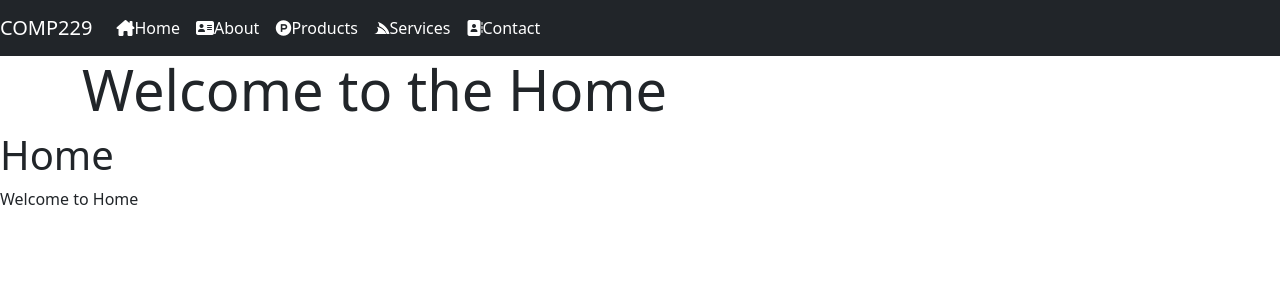
Repository: BlessingAjiboye/WEEK52023W
Page: http://localhost/
These files come from the project's save history. The page is drawn as it stood at one moment and after a run of saves; the edit follows.
The browser window is 1280 px wide. The pictures show the whole page.
The page is served by the project's Node server (server.js). Other server files are loaded and not shown.

Above is the page before, as saved 2023-01-26 11:33:08.

### views/index.ejs
<!DOCTYPE html>
<html lang="en">
<head>
  <meta charset="UTF-8">
  <meta http-equiv="X-UA-Compatible" content="IE=edge">
  <meta name="viewport" content="width=device-width, initial-scale=1.0">
  <title><%= title %></title>
  <!--css section-->
  <link rel="stylesheet" href="/bootstrap/dist/css/bootstrap.min.css"/>
  <link rel="stylesheet" href="/@fortawesome/fontawesome-free/css/all.min.css"/>

  <link rel='stylesheet' href='/Content/app.css' />
</head>
<body>
  <!--Main Nav Navigation-->
  <nav class="navbar navbar-expand-lg navbar-dark bg-dark">
  <!--<div class="container-fluid">-->
    <a class="navbar-brand" href="#">COMP229</a>
    <button class="navbar-toggler" type="button" data-toggle="collapse" data-target="#navbarSupportedContent" aria-controls="navbarSupportedContent" aria-expanded="false" aria-label="Toggle navigation">
      <span class="navbar-toggler-icon"></span>
    </button>
    <div class="collapse navbar-collapse" id="navbarSupportedContent">
      <ul class="navbar-nav ml-auto">
        <% if(title=="Home"){%>
        <li class="nav-item active">
          <%}else{%>
            <li class="nav-item">
              <%}%>
          <a class="nav-link active" aria-current="page" href="/home"><i class="fa-solid fa-house-chimney"></i>Home</a>
        </li>
        <% if(title=="Home"){%>
        <li class="nav-item active">
          <%}else{%>
            <li class="nav-item">
              <%}%>
          <a class="nav-link active" aria-current="page" href="/about"><i class="fa-solid fa-address-card"></i>About</a>
        </li>
        <% if(title=="Home"){%>
        <li class="nav-item active">
           <%}else{%>
            <li class="nav-item">
              <%}%>
          <a class="nav-link active" aria-current="page" href="/products"><i class="fa-brands fa-product-hunt"></i>Products</a>
        </li>
        <% if(title=="Home"){%>
        <li class="nav-item active">
          <%}else{%>
            <li class="nav-item">
              <%}%>
          <a class="nav-link active" aria-current="page" href="/services"><i class="fa-brands fa-servicestack"></i>Services</a>
        </li>
        <% if(title=="Home"){%>
        <li class="nav-item active">
           <%}else{%>
            <li class="nav-item">
              <%}%>
          <a class="nav-link active" aria-current="page" href="/contact"><i class="fa-solid fa-address-book"></i>Contact</a>
        </li>


    <!--</div>-->
  </div>
</nav>
<main class="container">
  <div class="jumbotron">
    <h1 class="display-4">Welcome to the <%= title %></h1>
    </div>
  </main>
   <h1><%= title %></h1>
   <p>Welcome to <%= title %></p>
   <!--Script section-->
   <script src="/jquery/dist/jquery.min.js"></script>
   <script src="/bootstrap/dist/js/bootstrap.min.js"></script>
    <script src="/Scripts/app.js"></script>

</body>
</html>

### server.js
#!/usr/bin/env node

/**
 * Module dependencies.
 */

var app = require('./app');
var debug = require('debug')('week3:server');
var http = require('http');

/**
 * Get port from environment and store in Express.
 */

var port = normalizePort(process.env.PORT || '3000');
app.set('port', port);

/**
 * Create HTTP server.
 */

var server = http.createServer(app);

/**
 * Listen on provided port, on all network interfaces.
 */

server.listen(port);
server.on('error', onError);
server.on('listening', onListening);

/**
 * Normalize a port into a number, string, or false.
 */

function normalizePort(val) {
  var port = parseInt(val, 10);

  if (isNaN(port)) {
    // named pipe
    return val;
  }

  if (port >= 0) {
    // port number
    return port;
  }

  return false;
}

/**
 * Event listener for HTTP server "error" event.
 */

function onError(error) {
  if (error.syscall !== 'listen') {
    throw error;
  }

  var bind = typeof port === 'string'
    ? 'Pipe ' + port
    : 'Port ' + port;

  // handle specific listen errors with friendly messages
  switch (error.code) {
    case 'EACCES':
      console.error(bind + ' requires elevated privileges');
      process.exit(1);
      break;
    case 'EADDRINUSE':
      console.error(bind + ' is already in use');
      process.exit(1);
      break;
    default:
      throw error;
  }
}

/**
 * Event listener for HTTP server "listening" event.
 */

function onListening() {
  var addr = server.address();
  var bind = typeof addr === 'string'
    ? 'pipe ' + addr
    : 'port ' + addr.port;
  debug('Listening on ' + bind);
}

### routes/index.js
var express = require('express');
var router = express.Router();

/* GET home page. */
router.get('/', function(req, res, next) {
  res.render('index', { title: 'Home' });
});

router.get('/about', function(req, res, next) {
  res.render('index', { title: 'About' });
});
router.get('/products', function(req, res, next) {
  res.render('index', { title: 'Products' });
});
router.get('/contact', function(req, res, next) {
  res.render('index', { title: 'Contact' });
});
router.get('/services', function(req, res, next) {
  res.render('index', { title: 'Services' });
});

module.exports = router;

### app.js
let createError = require('http-errors');
let express = require('express');
let path = require('path');
let cookieParser = require('cookie-parser');
let logger = require('morgan');

let indexRouter = require('./routes/index');
let usersRouter = require('./routes/users');

let app = express();

// view engine setup
app.set('views', path.join(__dirname, 'views'));
app.set('view engine', 'ejs');

app.use(logger('dev'));
app.use(express.json());
app.use(express.urlencoded({ extended: false }));
app.use(cookieParser());
app.use(express.static(path.join(__dirname, 'public')));
app.use(express.static(path.join(__dirname, 'node_modules')));

app.use('/', indexRouter);
app.use('/users', usersRouter);

// catch 404 and forward to error handler
app.use(function(req, res, next) {
  next(createError(404));
});

// error handler
app.use(function(err, req, res, next) {
  // set locals, only providing error in development
  res.locals.message = err.message;
  res.locals.error = req.app.get('env') === 'development' ? err : {};

  // render the error page
  res.status(err.status || 500);
  res.render('error');
});

module.exports = app;

### public/Content/app.css

/*Custom css goes here*/

### public/Scripts/app.js
(function () {
    function start() {
        console.log("App Started...");
    }
    window.addEventListener("load", start);
})();

After the next 2 saves:
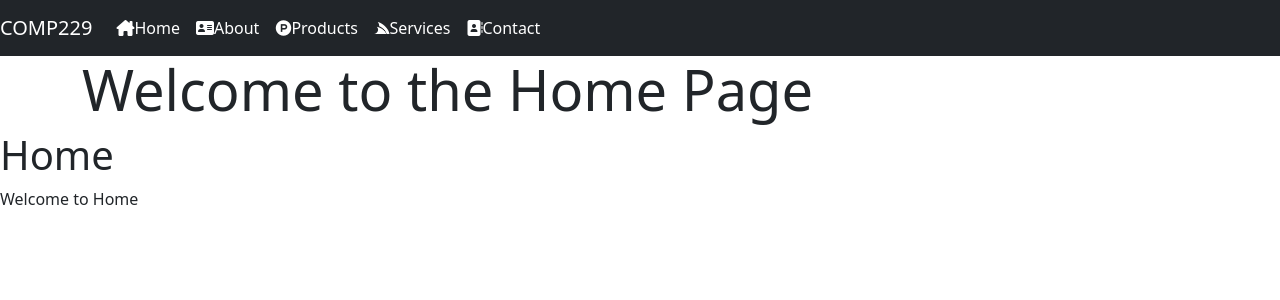
The 2 saves are shown as one change because they came seconds apart.
The last was saved 10 s later.
--- a/views/index.ejs
+++ b/views/index.ejs
@@ -63,7 +63,7 @@
 </nav>
 <main class="container">
   <div class="jumbotron">
-    <h1 class="display-4">Welcome to the <%= title %></h1>
+    <h1 class="display-4">Welcome to the <%= title %> Page</h1>
     </div>
   </main>
    <h1><%= title %></h1>
